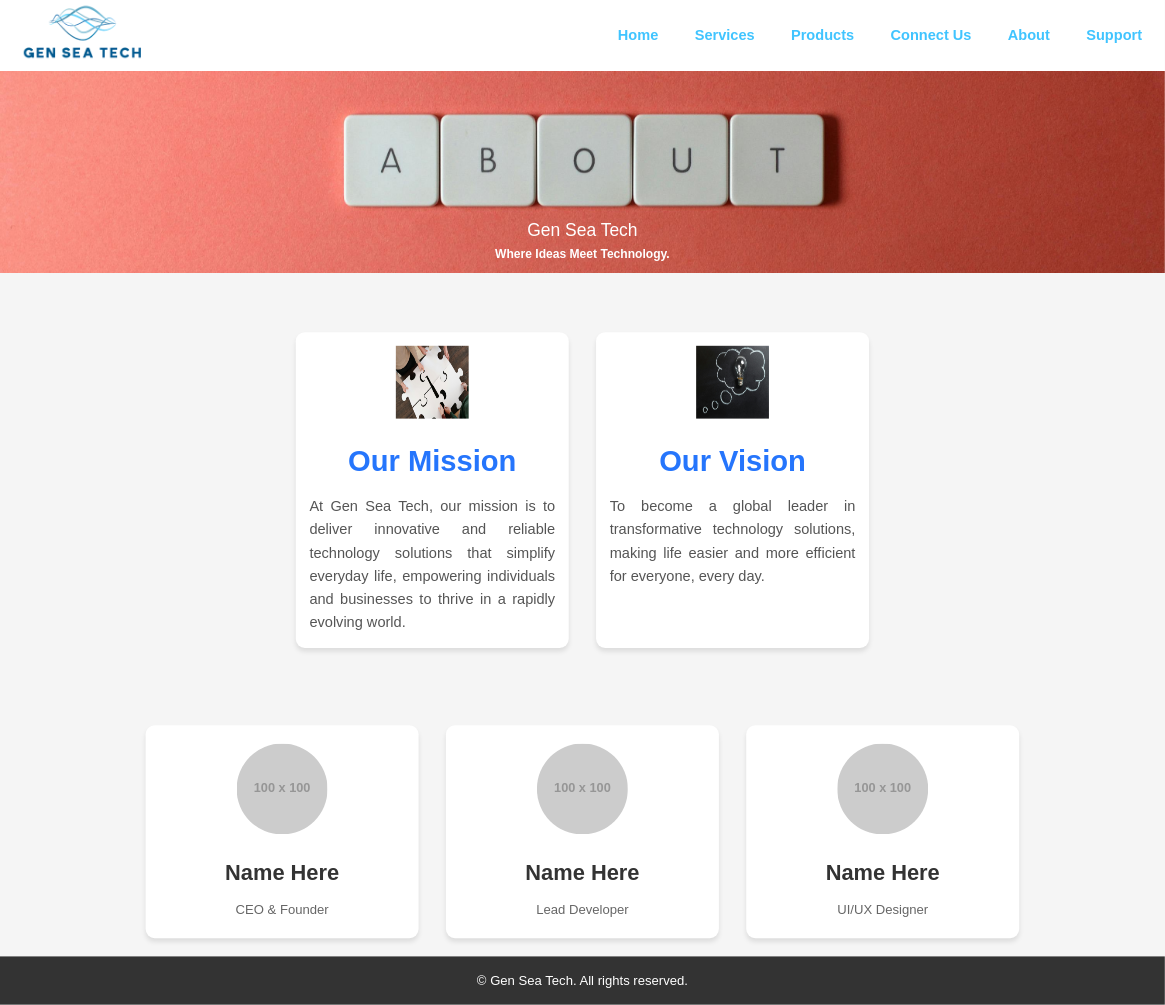
Repository: aniketkhatawkar/Gen_Sea_Tech
Page: http://localhost/GenSeaTech/about.jsp
An editor plug-in stored every save of this project. The page is shown before and after the next save, followed by the edit.
The browser window is 1280 px wide. The pictures show the whole page, at 91% of full size.
The page is served by Tomcat 10.

Above is the page before, as saved 2024-12-14 12:12:09.

After the next save:
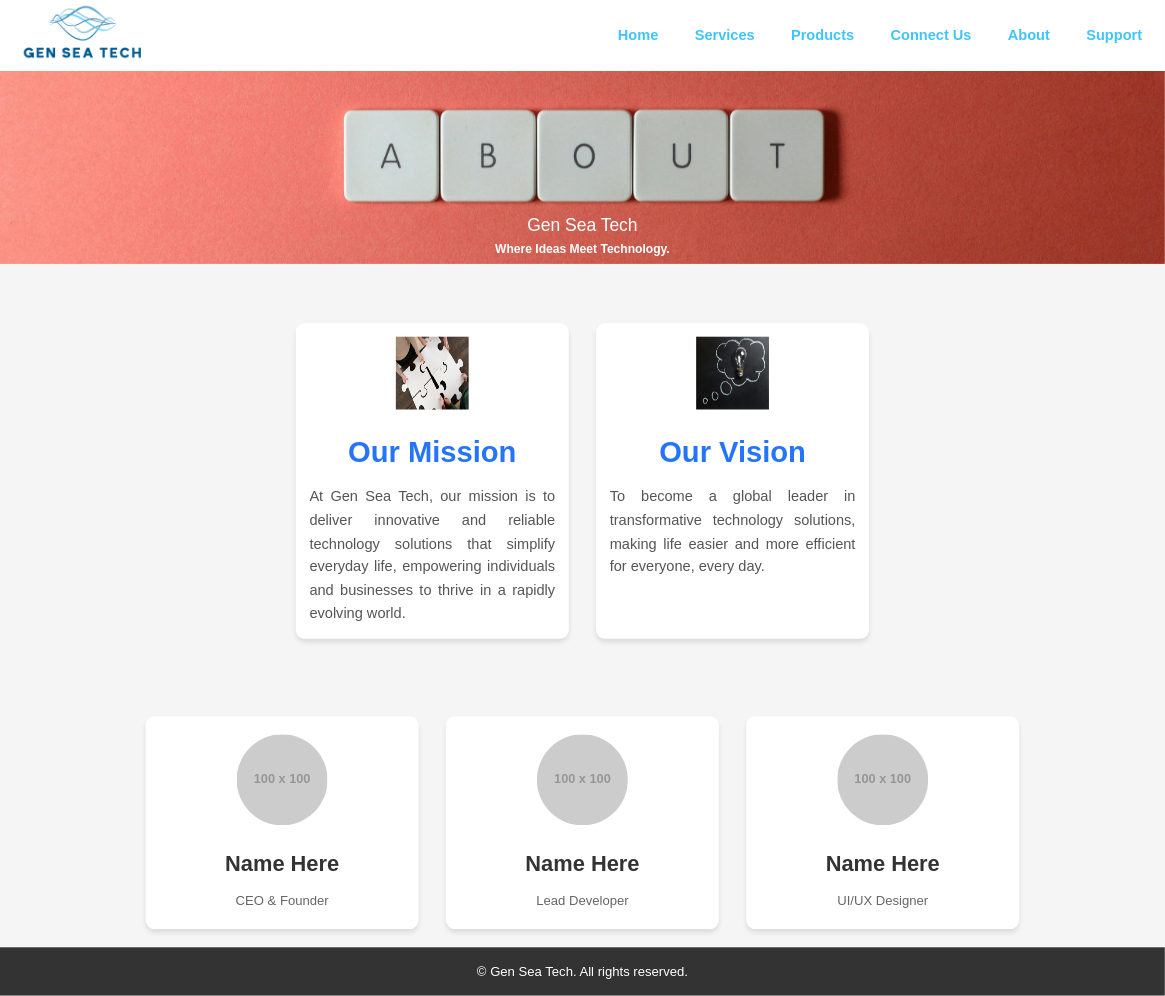
Saved 34 s later.
--- a/GenSeaTech/src/main/webapp/about.jsp
+++ b/GenSeaTech/src/main/webapp/about.jsp
@@ -24,7 +24,7 @@
 	    background-size: cover;
 	    object-fit: cover;
 		color: #ffffff;
-	    padding: 10px 5px;
+	    padding: 5px 2px;
 	    text-align: center;
 	}
 

After the save that followed:
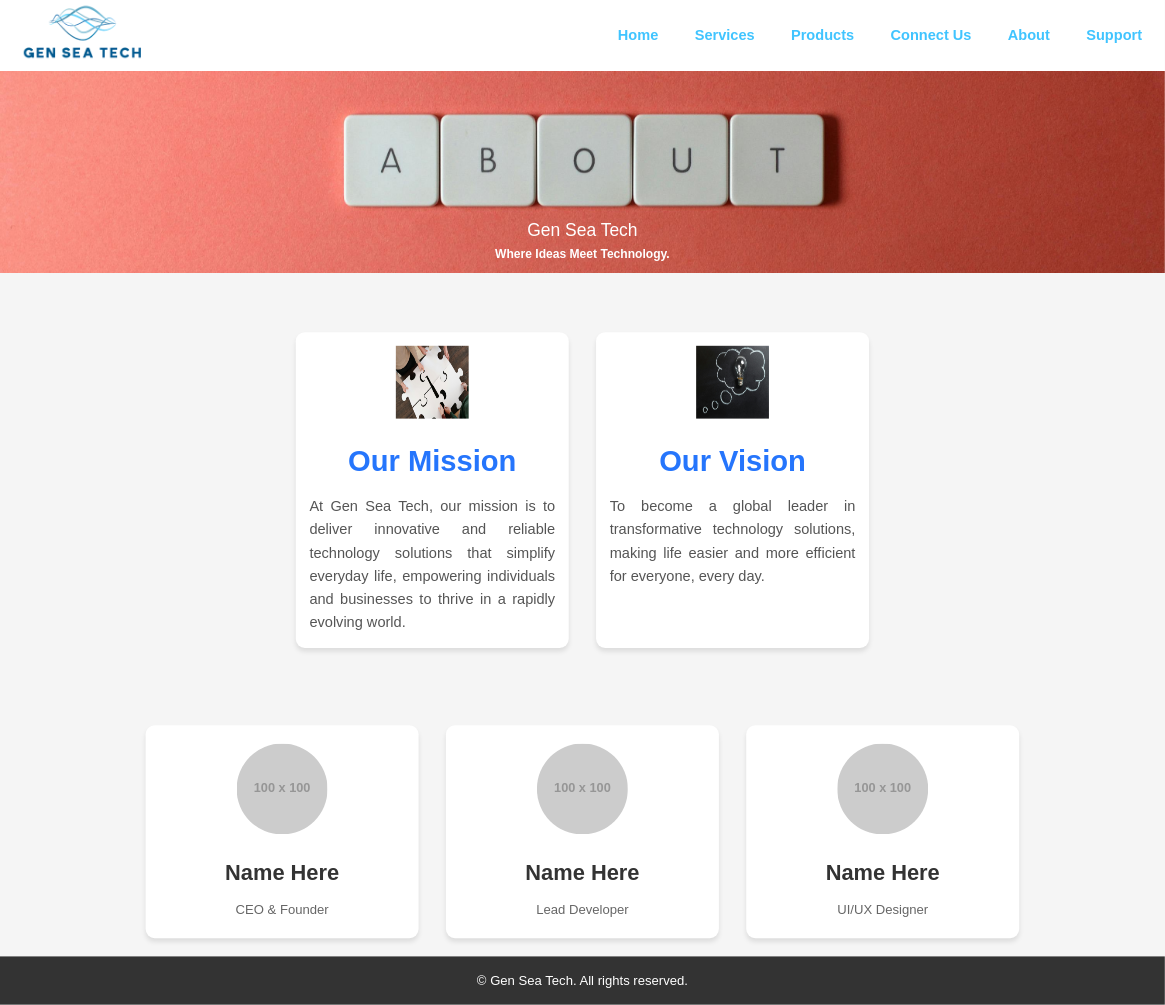
Saved 22 s later.
--- a/GenSeaTech/src/main/webapp/about.jsp
+++ b/GenSeaTech/src/main/webapp/about.jsp
@@ -24,7 +24,7 @@
 	    background-size: cover;
 	    object-fit: cover;
 		color: #ffffff;
-	    padding: 5px 2px;
+	    padding: 10px 5px;
 	    text-align: center;
 	}
 
